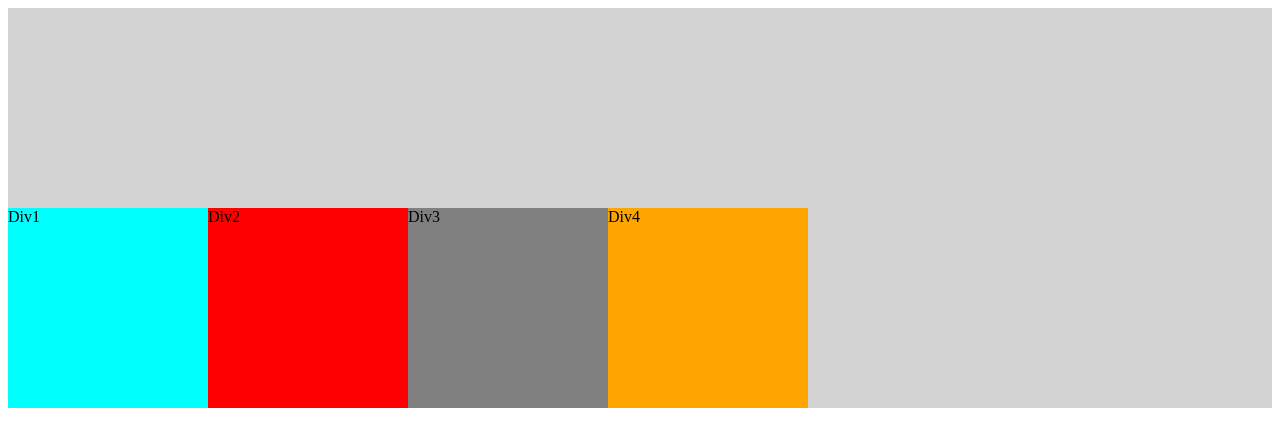
Repository: Sayan-100/Javascript
Page: Flex align content/index.html
The author's editor kept a copy of each file at every save. The page is drawn from the files as they stood at one save, then again after the next save.
The browser window is 1280 px wide. The pictures show the whole page.

Above is the page before, as saved 2021-12-31 17:16:02.

### Flex align content/index.html
<!DOCTYPE html>
<html lang="en">

<head>
    <meta charset="UTF-8">
    <meta http-equiv="X-UA-Compatible" content="IE=edge">
    <meta name="viewport" content="width=device-width, initial-scale=1.0">
    <link rel="stylesheet" href="style.css">
    <title>Document</title>
</head>

<body>
    <div id="container">
        <div id="div1">
            Div1
        </div>
        <div id="div2">
            Div2
        </div>
        <div id="div3">
            Div3
        </div>
        <div id="div4">
            Div4
        </div>
    </div>
</body>

</html>

### Flex align content/style.css
 #container {
     /* height: 75vh; */
     /* to handle the overflowing */
     /* height: auto; */
     height: 400px;
     /* width: 75vw; */
     width: auto;
     background-color: lightgrey;
     display: flex;
     /* default direction is row direction */
     /* flex-direction: column;*/
     flex-direction: row;
     /* flex-direction: row-reverse; */
     /* flex-direction: column-reverse; */
     /* the height and width is adjusted due to the flex property
       if we don't want that */
     /*default wrap property is no wrap*/
     /* flex-wrap: nowrap; */
     /* flex-wrap: wrap; */
     /* wrap in multiple lines */
     flex-wrap: wrap-reverse;
 }

 #container div {
     height: 200px;
     width: 200px;
 }

 #div1 {
     background-color: cyan;
 }

 #div2 {
     background-color: red;
 }

 #div3 {
     background-color: grey;
 }

 #div4 {
     background-color: orange;
 }

 #div5 {
     background-color: maroon;
 }

After the next save:
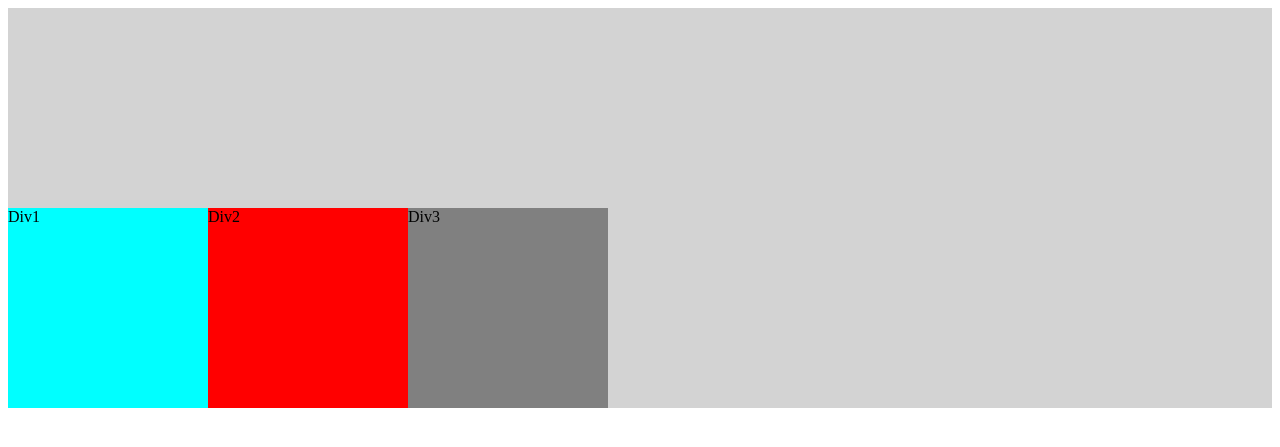
Saved 22 s later.
--- a/Flex align content/index.html
+++ b/Flex align content/index.html
@@ -20,9 +20,9 @@
         <div id="div3">
             Div3
         </div>
-        <div id="div4">
+        <!-- <div id="div4">
             Div4
-        </div>
+        </div> -->
     </div>
 </body>
 
